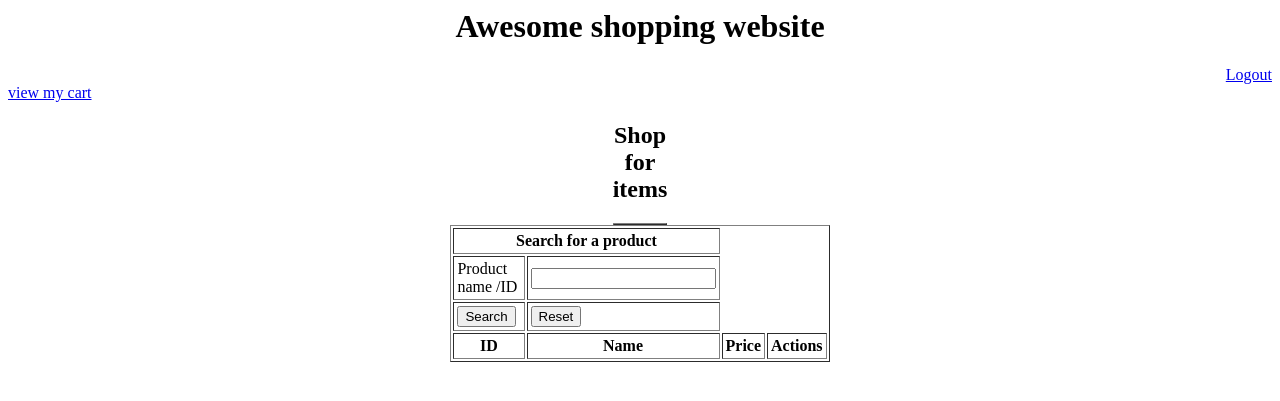
Repository: balu-sadanandan/demo-Shopping-cart-application
Page: http://localhost/shopping-cart/prodcat.jsp
These files come from the project's save history. The page is drawn as it stood at one moment and after the next save; the edit follows.
The browser window is 1280 px wide. The pictures show the whole page.
The page is served by Tomcat 9. The template is opened directly, without the code that normally fills it, so the values that code supplies are empty.

Above is the page before, as saved 2017-09-19 08:07:21.

After the next save:
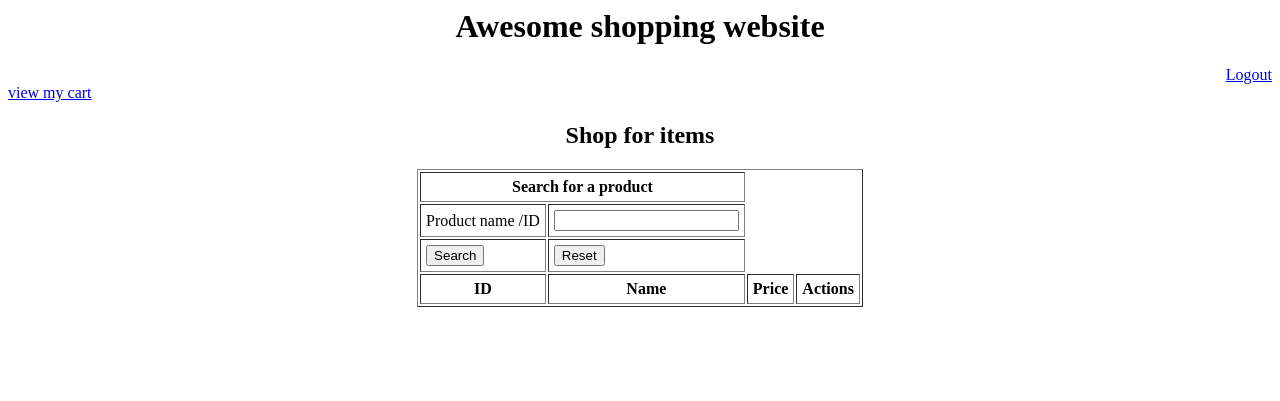
Saved 58 s later.
--- a/shopping-cart/WebContent/prodcat.jsp
+++ b/shopping-cart/WebContent/prodcat.jsp
@@ -23,7 +23,7 @@
         <table border="1" cellpadding="5">
             <caption><h2>Shop for items</h2></caption>
             <!--enter search box here  -->
-               <table border="1" width="30%" cellpadding="3">
+              <!--  <table border="1" width="30%" cellpadding="3"> -->
                 <thead>
                     <tr>
                         <th colspan="2">Search for a product</th>
@@ -40,7 +40,7 @@
                     </tr>
 
                 </tbody>
-           <!--  </table> -->
+         <!--    </table> -->
 
             <!-- search box finishes here -->
             <tr>
